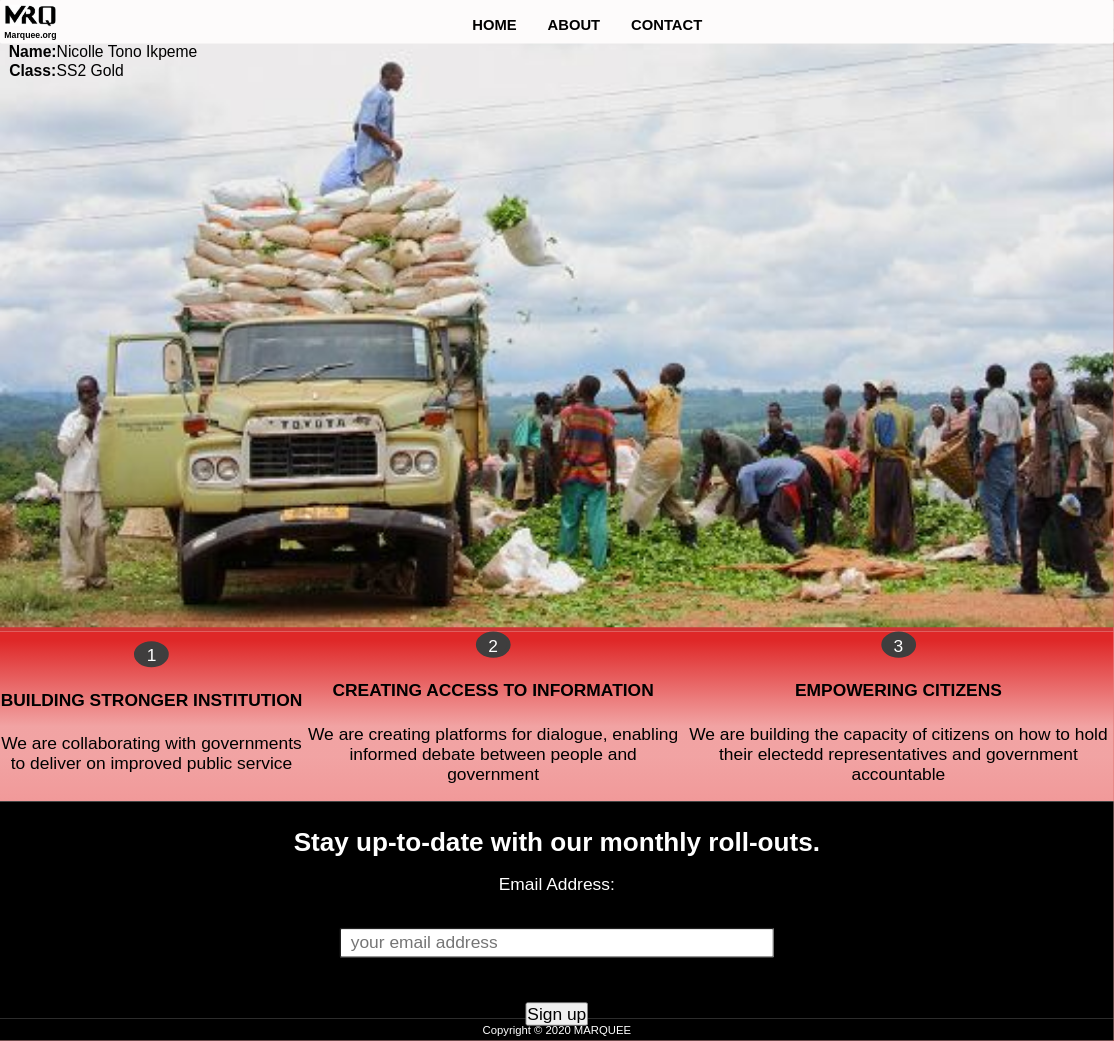
Repository: pboi18/Marquee.org
Page: home.html
These files come from the project's save history. The page is drawn as it stood at one moment and after the next save; the edit follows.
The browser window is 1280 px wide. The pictures show the whole page, at 87% of full size.

Above is the page before, as saved 2020-07-11 22:51:37.

After the next save:
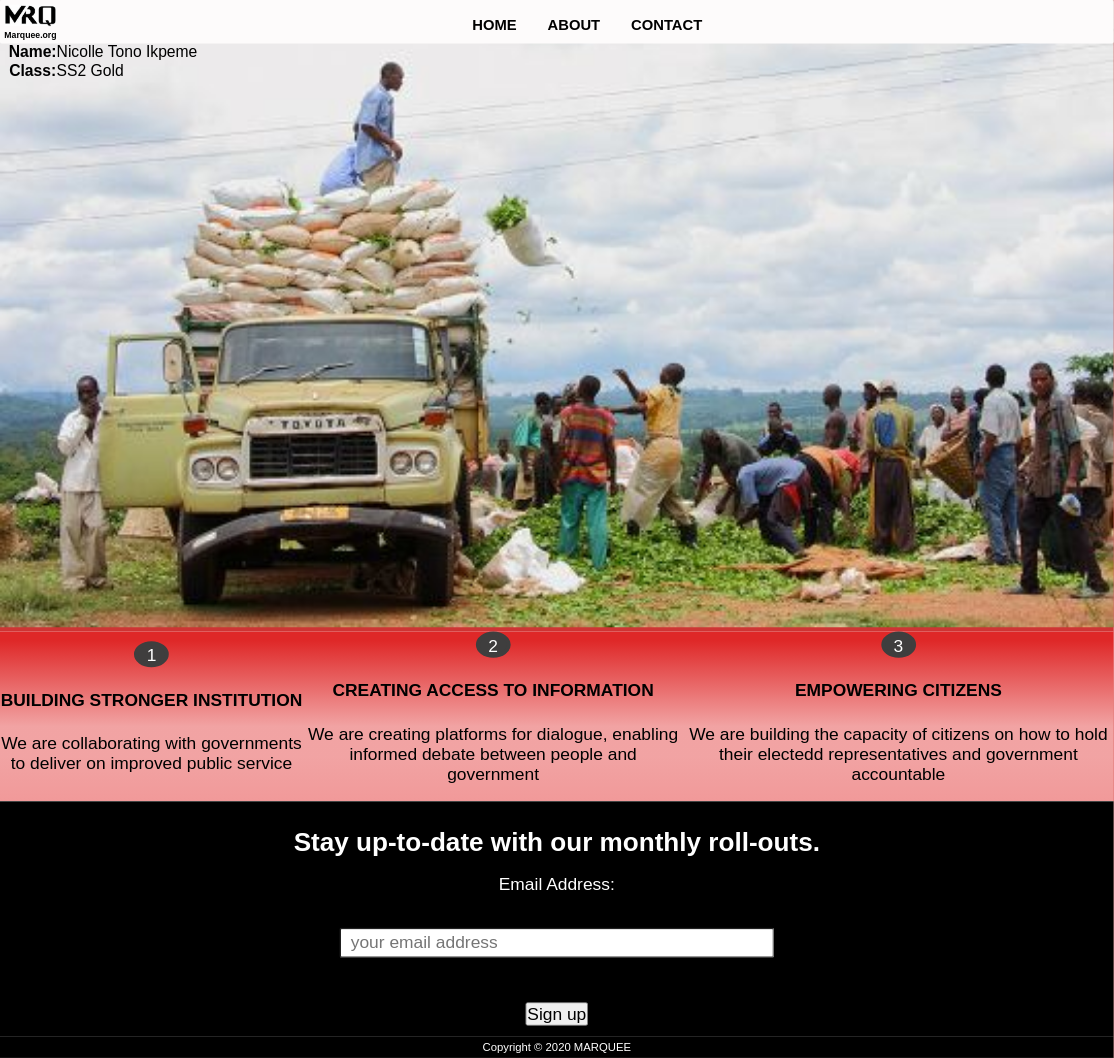
Saved 37 s later.
--- a/style.css
+++ b/style.css
@@ -135,7 +135,7 @@ textarea {
 
 .sec {
     background-color: black;
-    height: 250px;
+    height: 270px;
     width: 100%;
     text-align: center;
 }
